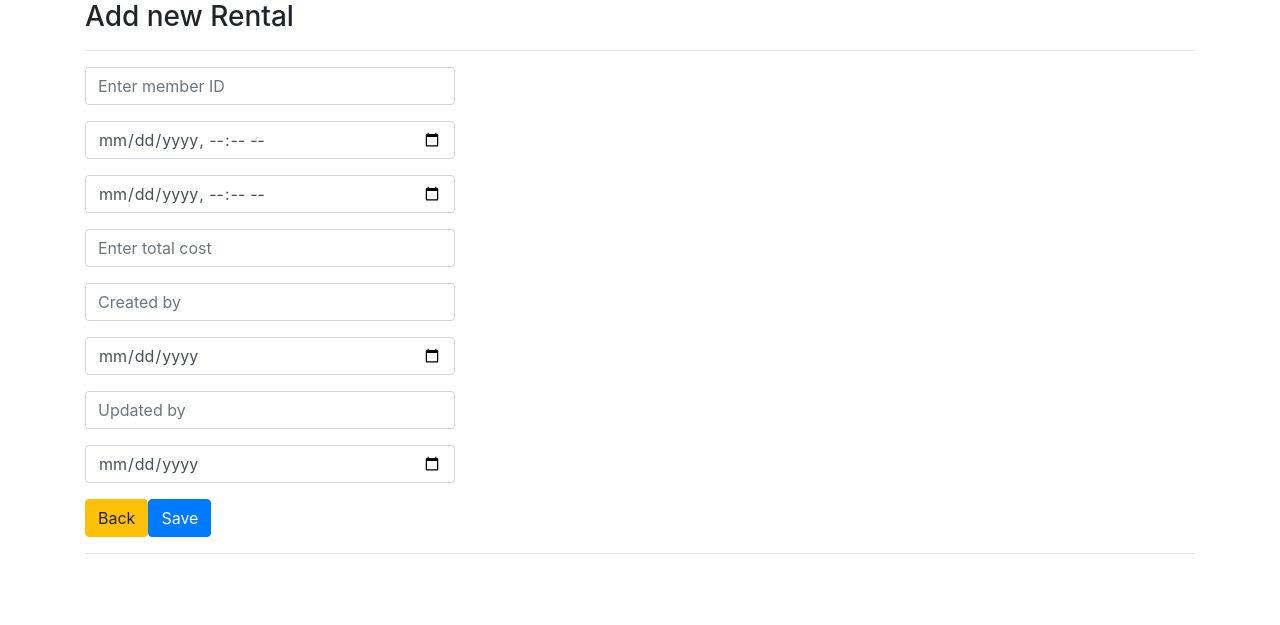
Repository: messimacky/Movie-Rental-System-Front-End
Page: /add-rental
The author's editor kept a copy of each file at every save. The page is drawn from the files as they stood at one save, then again after the next save.
The browser window is 1280 px wide. The pictures show the whole page.
The project was rebuilt for these pictures with package versions that can differ from the ones it lists, and the page was loaded fresh each time. Also part of the build but not shown: src/services/movie.service.js, src/components/AddMovie.js, src/components/MoviesList.js, src/components/NotFound.js, src/components/login/Login.js, src/services/customer.service.js, src/components/AddCustomer.js, src/components/CustomerList.js and 4 more.

Above is the page before, as saved 2022-04-21 15:07:48.

### src/App.js
import { BrowserRouter as Router, Switch, Route } from 'react-router-dom';
import AddMovie from './components/AddMovie';
import MoviesList from "./components/MoviesList";
import NotFound from "./components/NotFound";
import Login from './components/login/Login';
import AddCustomer from './components/AddCustomer'
import CustomersList from './components/CustomerList';
import RentalsList from './components/RentalsList';
import AddRental from './components/AddRental';
import Home from './components/Home';
import Signup from './components/signup/Signup';
function App() {
  return (
    <Router>
      <div>
        <Switch>

          <Route exact path="/" component={Home} />
          <Route exact path="/movies" component={MoviesList} />
          <Route path="/add-movie" component={AddMovie} />
          <Route path="/movies/edit/:id" component={AddMovie} />




          <Route exact path="/customers" component={CustomersList} />
          <Route path="/add-customer" component={AddCustomer} />
          <Route path="/customers/edit/:id" component={AddCustomer} />



          <Route path="/login" component={Login} />
          <Route path="/signup" component={Signup} />


          <Route exact path="/rentals" component={RentalsList} />
          <Route exact path="/add-rental" component={AddRental} />
          <Route path="/rentals/edit/:id" component={AddRental} />


          <Route path="*" component={NotFound} />
        </Switch>
      </div>
    </Router>
  )
}

export default App;

### src/components/AddRental.js
import { useEffect, useState } from "react";
import { useParams } from "react-router-dom";
import { Link } from "react-router-dom";
import { useHistory } from "react-router-dom";
import rentalService from "../services/rental.service";


const AddRental = () => {

    // const [id, setId] = useState('');
    const [member_id, setMemberID] = useState('');
    const [rental_date, setRentalDate] = useState('');
    const [rental_expiry, setRentalExpiry] = useState('');
    const [total_cost, setTotalCost] = useState('');
    const [created_by, setCreatedBy] = useState('');
    const [created_date, setCreatedDate] = useState('');
    const [updated_by, setUpdatedBy] = useState('');
    const [updated_date, setUpdatedDate] = useState('');


    // const [movie_returned_status, setMovieReturnedStatus] = useState('');

    const history = useHistory();
    const { id } = useParams();



    const SaveRental = (e) => {
        e.preventDefault();
        const rental = { id, member_id, rental_date, rental_expiry, total_cost, created_date, created_by, updated_by, updated_date };
        if (id) {
            //update records
            rentalService.update(rental)
                .then(response => {
                    console.log("Movie added succesfully", response.data);
                    history.push('/rentals');
                })
                .catch(error => {
                    console.log("Something went wrong", error);
                });

        } else {
            //create record
            rentalService.create(rental)
                .then(response => {
                    console.log("Rental added succesfully", response.data);
                    history.push('/rentals');
                })
                .catch(error => {
                    console.log("Something get wrong", error);
                });
        }

    }
    useEffect(() => {
        if (id) {
            rentalService.get(id)
                .then(rental => {
                    setMemberID(rental.data.member_id);
                    setRentalDate(rental.data.rental_date);
                    setRentalExpiry(rental.data.rental_expiry);
                    setTotalCost(rental.date.total_cost);
                    setCreatedBy(rental.data.created_by);
                    setUpdatedDate(rental.data.created_date);
                    setUpdatedBy(rental.data.updated_by);
                    setUpdatedDate(rental.data.updated_date);



                })
                .catch(error => {
                    console.log("Something went wrong", error);
                });
        }
    }, [])


    return (
        <div className="container">
            <h3>Add new Rental</h3>
            <hr />
            <form>
                <div className="form-group">
                    <input
                        type="number"
                        className="form-control col-4"
                        id="memberid"
                        value={member_id}
                        onChange={(e) => setMemberID(e.target.value)}
                        placeholder="Enter member ID"
                    />
                </div>
                <div className="form-group">
                    <input
                        type="datetime-local"
                        className="form-control col-4"
                        id="rental_date"
                        value={rental_date}
                        onChange={(e) => setRentalDate(e.target.value)}
                        placeholder="Rental Date"
                    />
                </div>

                <div className="form-group">
                    <input
                        type="datetime-local"
                        className="form-control col-4"
                        id="rental_expiry"
                        value={rental_expiry}
                        onChange={(e) => setRentalExpiry(e.target.value)}
                        placeholder="Enter expiry date"
                    />
                </div>


                <div className="form-group">
                    <input
                        type="number"
                        className="form-control col-4"
                        id="total_cost"
                        value={total_cost}
                        onChange={(e) => setTotalCost(e.target.value)}
                        placeholder="Enter total cost"
                    />
                </div>

                <div className="form-group">
                    <input
                        type="text"
                        className="form-control col-4"
                        id="createdby"
                        value={created_by}
                        onChange={(e) => setCreatedBy(e.target.value)}
                        placeholder="Created by"
                    />
                </div>


                <div className="form-group">
                    <input
                        type="date"
                        className="form-control col-4"
                        id="createddate"
                        value={created_date}
                        onChange={(e) => setCreatedDate(e.target.value)}
                        placeholder="Created Date"
                    />
                </div>




                <div className="form-group">
                    <input
                        type="text"
                        className="form-control col-4"
                        id="updatedby"
                        value={updated_by}
                        onChange={(e) => setUpdatedBy(e.target.value)}
                        placeholder="Updated by"
                    />
                </div>


                <div className="form-group">
                    <input
                        type="date"
                        className="form-control col-4"
                        id="updated_date"
                        value={updated_date}
                        onChange={(e) => setUpdatedDate(e.target.value)}
                        placeholder="Updated Date"
                    />
                </div>





                <div>
                    <Link className="btn btn-warning" to="/rentals">Back</Link>
                    <button className="btn btn-primary" onClick={(e) => SaveRental(e)}>Save</button>
                </div>
            </form>
            <hr />

        </div>
    );
}

export default AddRental;

### src/components/login/Login.css
body {
    margin: 0;
    padding: 0;
    /* font-family: sans-serif; */
    background-size: cover;
    background-repeat: no-repeat;
}



.form {
    position: absolute;
    top: 50%;
    left: 50%;
    border: none;
    transform: translate(-50%, -50%);
    width: 400px;
    min-height: 450px;
    background-color: #fff;
    box-shadow: 0 15px 50px rgba(0, 0, 0, 0.5);
    padding: 50px;
    box-sizing: border-box;

    /* background: url(data:[embedded picture, 5679 characters]); */
    /* background: url(https://picsum.photos/3000/2000/?image=1015); */



}

.form h2 {
    margin-left: 60px;
    margin-top: 40px;
    color: white;
    /* margin: 30 0 40px; */
    padding: 0;
    color: black;
}

.form .input-box {
    position: relative;
    margin: 5px 0;
}

.form .input-box input {
    width: 100%;
    font-size: px;
    border: none;
    border-bottom: 2px solid #777;
    outline: none;
    padding: 10px;
    padding-left: 30px;
    box-sizing: border-box;
    font-weight: bold;
    color: #777;
}

.form .input-box input:focus,
.form .input-box input:valid {
    border-bottom-color: #03a9f4;
}

.form .input-box .fa {
    position: absolute;
    top: 8px;
    left: 5px;
    font-size: 18px;
    color: #777;
}

.form .input-box input[type="submit"] {
    border: none;
    cursor: pointer;
    background-color: #03a9f4;
    color: #fff;
    font-weight: bold;
    transition: 0.5s;
}

.form .input-box input[type="submit"]:hover {
    background-color: #ff4987;

}

.form a {
    text-decoration: none;
    color: black;

    margin-top: 4px;
    margin-left: 170px;
    /* font-weight: bold; */
    display: inline-block;
    transition: 0.5s;
}


.submit {
    margin-top: 30px;
    margin-left: 30px;


}

.form a {
    margin-top: 20px;
    margin-left: 50px;
    color: black;
    color: blue;
}

.form button {
    margin-top: 10px;
    margin-left: 50px;
    color: black;
    outline: invert;

}

.form button :hover {

    color: blue;
}

### src/components/AddCustomer.css
body {
    margin: 0;
    padding: 0;
    /* font-family: sans-serif; */
    background-size: cover;
    background-repeat: no-repeat;
}



.form {
    position: absolute;
    top: 50%;
    left: 50%;
    border: none;
    transform: translate(-50%, -50%);
    width: 400px;
    min-height: 450px;
    background-color: #fff;
    box-shadow: 0 15px 50px rgba(0, 0, 0, 0.5);
    padding: 50px;
    box-sizing: border-box;

    /* background: url(data:[embedded picture, 5679 characters]); */
    /* background: url(https://picsum.photos/3000/2000/?image=1015); */



}

.form h2 {
    margin-left: 60px;
    margin-top: 40px;
    color: white;
    /* margin: 30 0 40px; */
    padding: 0;
    color: black;
}

.form .input-box {
    position: relative;
    margin: 5px 0;
}

.form .input-box input {
    width: 100%;
    font-size: px;
    border: none;
    border-bottom: 2px solid #777;
    outline: none;
    padding: 10px;
    padding-left: 30px;
    box-sizing: border-box;
    font-weight: bold;
    color: #777;
}

.form .input-box input:focus,
.form .input-box input:valid {
    border-bottom-color: #03a9f4;
}

.form .input-box .fa {
    position: absolute;
    top: 8px;
    left: 5px;
    font-size: 18px;
    color: #777;
}

.form .input-box input[type="submit"] {
    border: none;
    cursor: pointer;
    background-color: #03a9f4;
    color: #fff;
    font-weight: bold;
    transition: 0.5s;
}

.form .input-box input[type="submit"]:hover {
    background-color: #ff4987;

}

.form a {
    text-decoration: none;
    color: black;

    margin-top: 4px;
    margin-left: 170px;
    /* font-weight: bold; */
    display: inline-block;
    transition: 0.5s;
}


.submit {
    margin-top: 30px;
    margin-left: 30px;


}

.form a {
    margin-top: 20px;
    margin-left: 50px;
    color: black;
    color: blue;
}

.form button {
    margin-top: 10px;
    margin-left: 50px;
    color: black;
    outline: invert;

}

.form button :hover {

    color: blue;
}

### src/services/rental.service.js
import httpClient from '../http-common';

const getAll = () => {
    return httpClient.get('/rentals');
}

const create = (data) => {
    return httpClient.post("/rentals", data);
}

const get = id => {
    return httpClient.get(`/rentals/${id}`);
}

const update = (data) => {
    return httpClient.put('/rentals', data);
}

const remove = id => {
    return httpClient.delete(`/rentals/${id}`);
}

export default { getAll, create, get, update, remove };

### src/components/signup/Signup.css
body {
    margin: 0;
    padding: 0;
    /* font-family: sans-serif; */
    background-size: cover;
    background-repeat: no-repeat;
}



.form {
    position: absolute;
    top: 50%;
    left: 50%;
    border: none;
    transform: translate(-50%, -50%);
    width: 400px;
    min-height: 450px;
    background-color: #fff;
    box-shadow: 0 15px 50px rgba(0, 0, 0, 0.5);
    padding: 50px;
    box-sizing: border-box;

    /* background: url(data:[embedded picture, 5679 characters]); */
    /* background: url(https://picsum.photos/3000/2000/?image=1015); */



}

.form h2 {
    margin-left: 60px;
    margin-top: 40px;
    color: white;
    /* margin: 30 0 40px; */
    padding: 0;
    color: black;
}

.form .input-box {
    position: relative;
    margin: 5px 0;
}

.form .input-box input {
    width: 100%;
    font-size: px;
    border: none;
    border-bottom: 2px solid #777;
    outline: none;
    padding: 10px;
    padding-left: 30px;
    box-sizing: border-box;
    font-weight: bold;
    color: #777;
}

.form .input-box input:focus,
.form .input-box input:valid {
    border-bottom-color: #03a9f4;
}

.form .input-box .fa {
    position: absolute;
    top: 8px;
    left: 5px;
    font-size: 18px;
    color: #777;
}

.form .input-box input[type="submit"] {
    border: none;
    cursor: pointer;
    background-color: #03a9f4;
    color: #fff;
    font-weight: bold;
    transition: 0.5s;
}

.form .input-box input[type="submit"]:hover {
    background-color: #ff4987;

}

.form a {
    text-decoration: none;
    color: black;

    margin-top: 4px;
    margin-left: 170px;
    /* font-weight: bold; */
    display: inline-block;
    transition: 0.5s;
}


.submit {
    margin-top: 30px;
    margin-left: 30px;


}

.form a {
    margin-top: 20px;
    margin-left: 50px;
    color: black;
    color: blue;
}

.form button {
    margin-top: 10px;
    margin-left: 50px;
    color: black;
    outline: invert;

}

.form button :hover {

    color: blue;
}

### src/http-common.js
import axios from "axios";


export default axios.create({
    baseURL: 'http://localhost:8080',
    headers: {
        'Content_Type': 'application/json'
    }

});

Loaded but not shown: public/index.html (common file); src/index.js (common file); src/index.css (common file); src/reportWebVitals.js (common file)

After the next save:
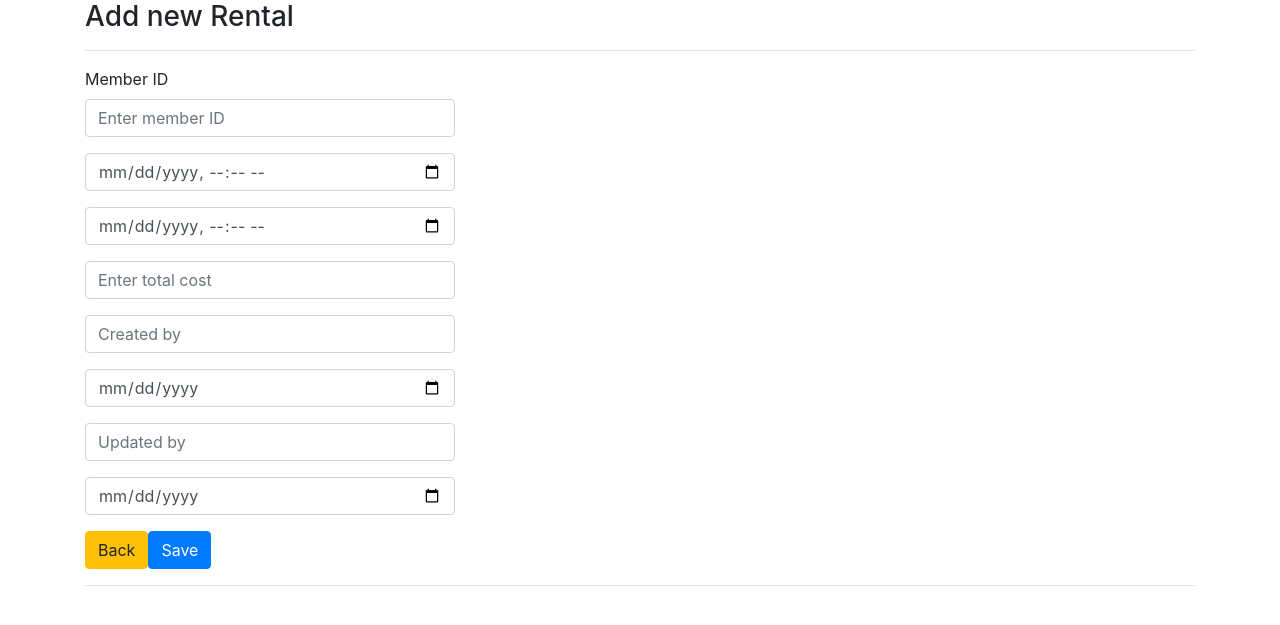
Saved 4 min 50 s later.
--- a/src/components/AddRental.js
+++ b/src/components/AddRental.js
@@ -81,7 +81,7 @@ const AddRental = () => {
             <hr />
             <form>
                 <div className="form-group">
-                    <input
+                    <label>Member ID</label> <input
                         type="number"
                         className="form-control col-4"
                         id="memberid"
